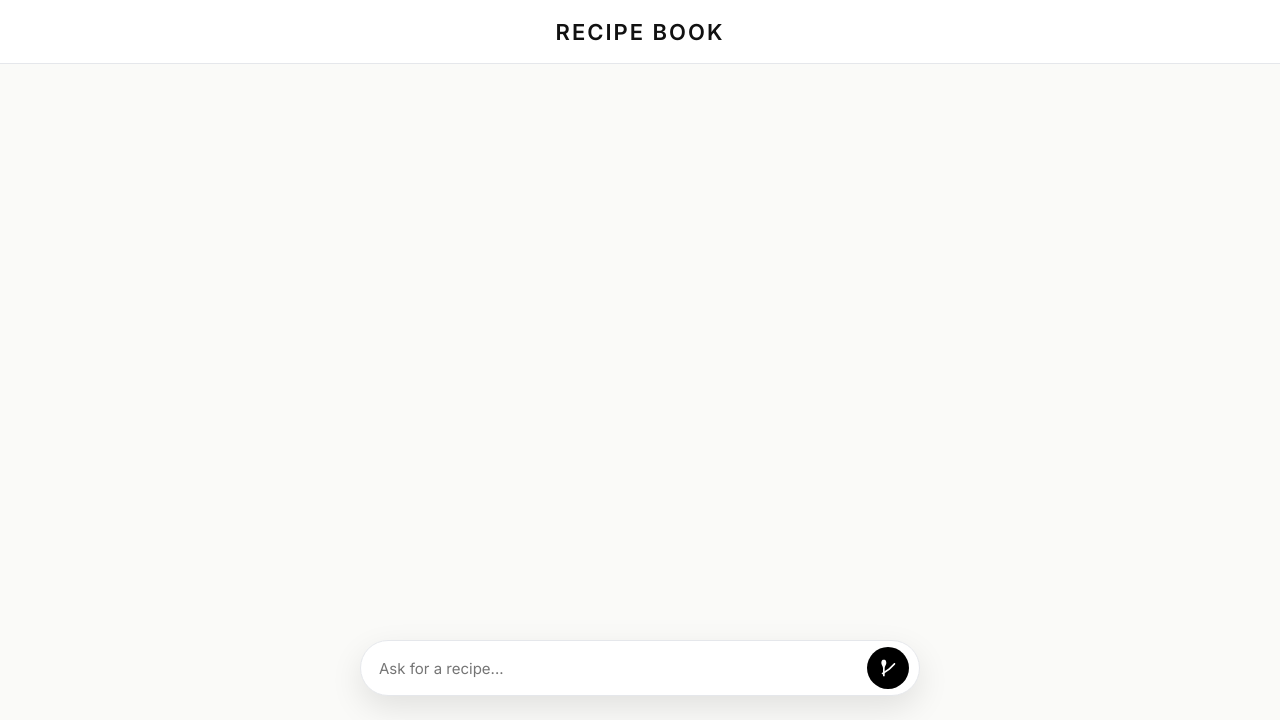
Repository: Tanvir0072309/Recipe-App
Page: /
The author's editor kept a copy of each file at every save. The page is drawn from the files as they stood at one save, then again after a run of saves.
The browser window is 1280 px wide. The pictures show the whole page.
The project was rebuilt for these pictures with package versions that can differ from the ones it lists, and the page was loaded fresh each time. Also part of the build but not shown: vite.config.js.

Above is the page before, as saved 2026-01-24 15:12:56.

After the next 6 saves:
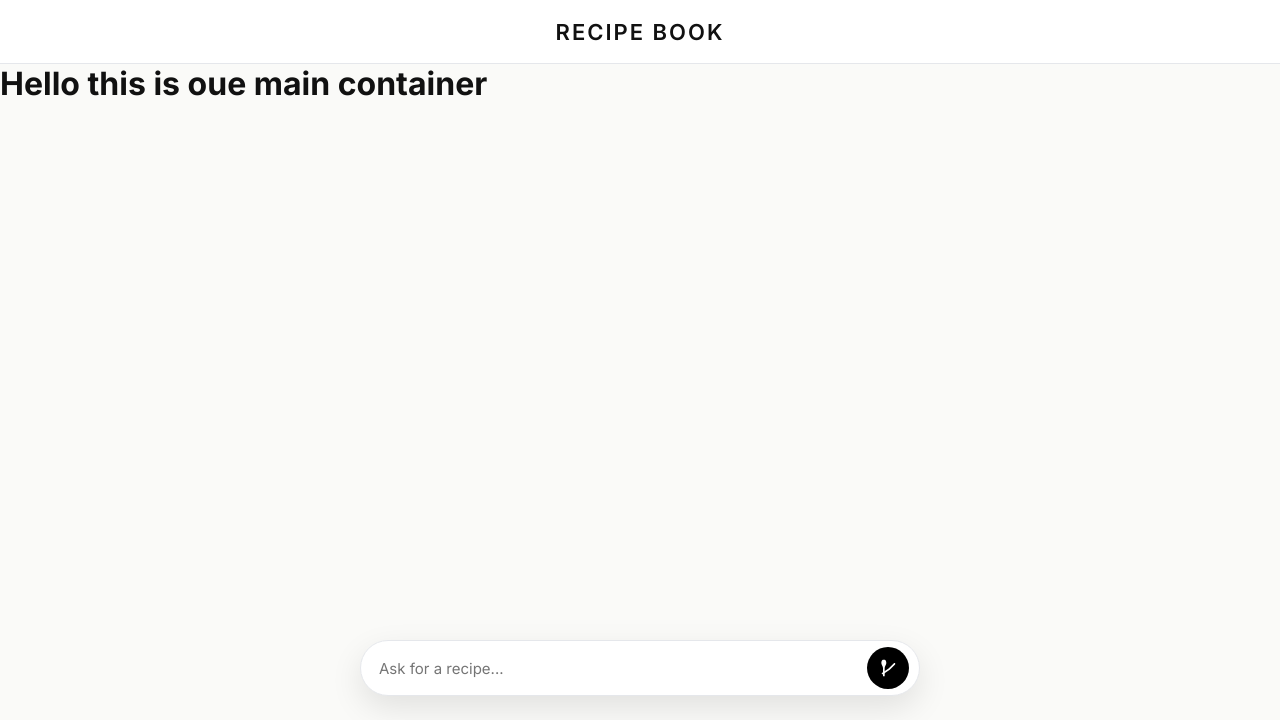
The 6 saves are shown as one change because they came seconds apart.
The last was saved 15 s later.
--- a/src/index.jsx
+++ b/src/index.jsx
@@ -10,6 +10,7 @@ const root = ReactDOM.createRoot(document.getElementById("root"));
 root.render(
     <React.StrictMode>
         <Header />
+        <MyMain />
         <RecipeInput />
     </React.StrictMode>
 );
